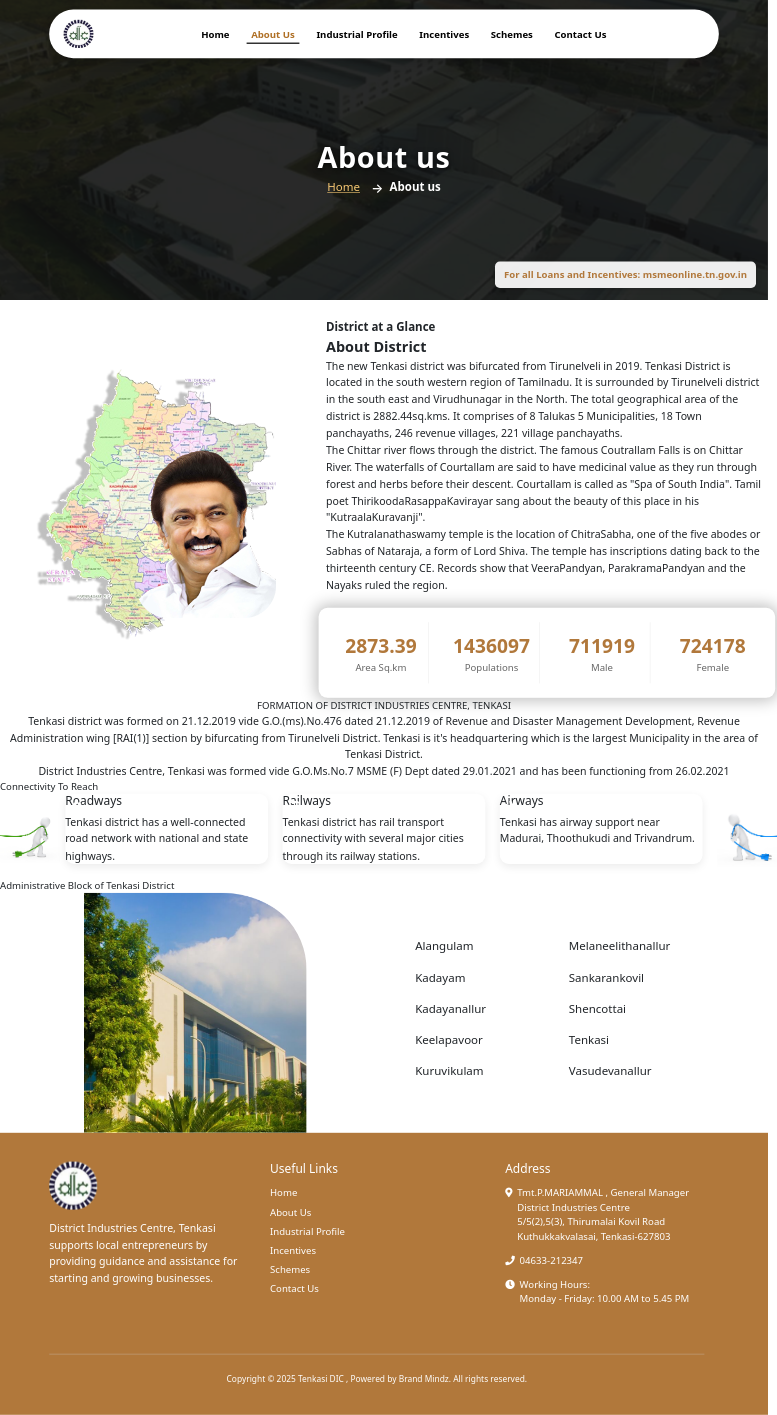
Repository: Brand-Mindz-Global-Technology-Pvt-Ltd/TenkasiDIC--FrontEnd
Page: About US/aboutus.html
These files come from the project's save history. The page is drawn as it stood at one moment and after the next save; the edit follows.
The browser window is 1280 px wide. The page is 1295 px wide, then 1280 px, so the pictures cover 1295 px, including what lies to the right of the window. The pictures show the whole page, at 60% of full size.

Above is the page before, as saved 2025-07-09 11:49:00.

After the next save:
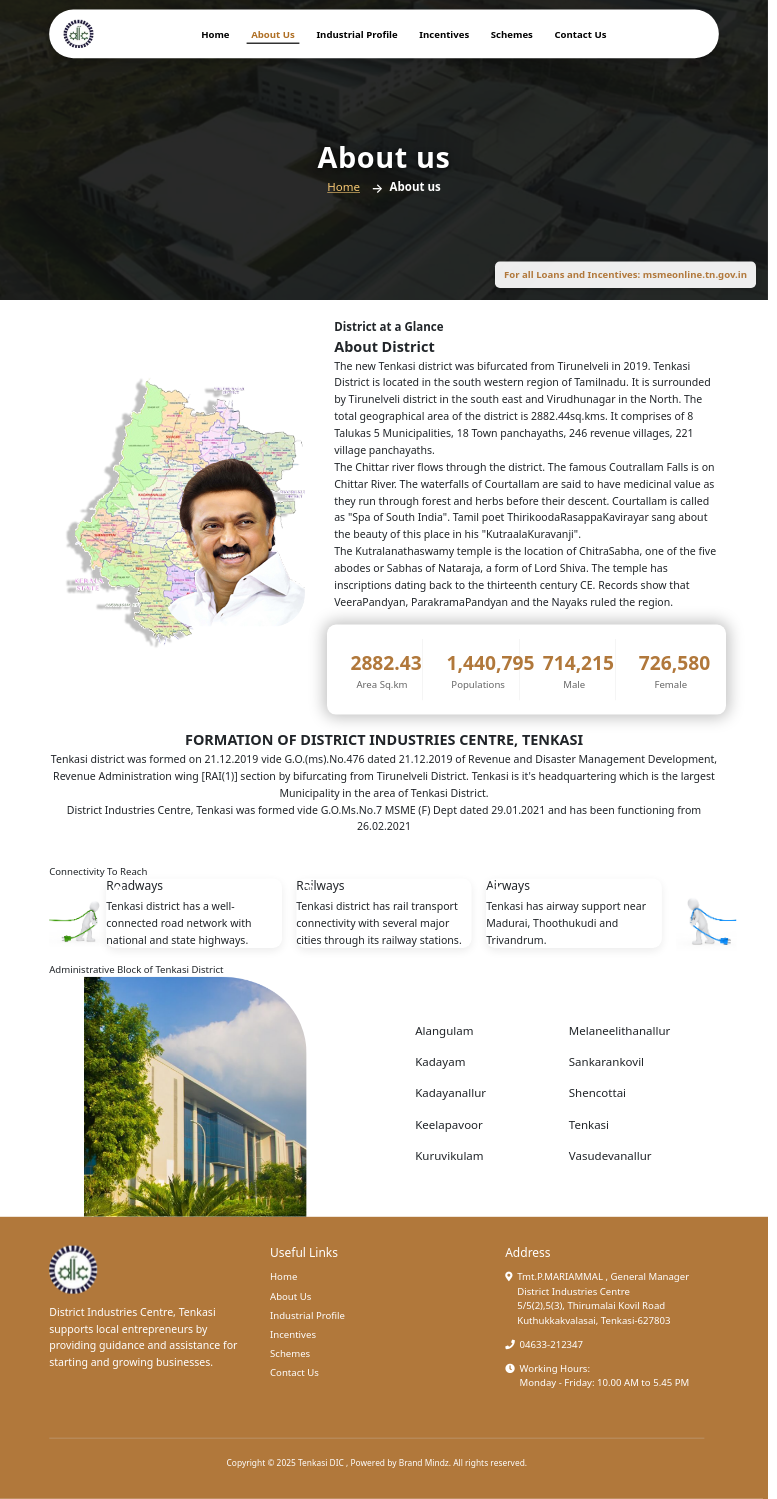
Saved 22 s later.
--- a/About US/aboutus.html
+++ b/About US/aboutus.html
@@ -10,7 +10,6 @@
   <link href="https://fonts.googleapis.com/css2?family=Crimson+Text:wght@400;600;700&display=swap" rel="stylesheet">
   <link rel="stylesheet" href="https://cdnjs.cloudflare.com/ajax/libs/font-awesome/5.15.4/css/all.min.css">
   <link rel="stylesheet" href="./aboutus.css">
-  <link rel="stylesheet" href="../global-styles.css">
   <link rel="icon" type="image/x-icon" href="../img/dic.ico">
 
 </head>
@@ -61,9 +60,9 @@
       </div>
     </div>
   </div>
-  <div class="container-standard section">
+<div class="container mt-4">
   <!-- District Overview -->
-  <div class="row align-items-center mb-standard-xl">
+  <div class="row align-items-center">
     <div class="col-md-5 text-center mb-4">
       <img src="../img/tenkasimap.png" alt="Tenkasi Map" class="map-img">
     </div>
@@ -115,9 +114,9 @@
     </div>
   </div>
 
-  <div class="text-center section">
-
-    <div class="section-title">FORMATION OF DISTRICT INDUSTRIES CENTRE, TENKASI</div>
+  <div class="text-center mb-5">
+
+    <div class="about-title mt-4">FORMATION OF DISTRICT INDUSTRIES CENTRE, TENKASI</div>
     <p>
       Tenkasi district was formed on 21.12.2019 vide G.O.(ms).No.476 dated 21.12.2019 of Revenue and Disaster Management Development, Revenue Administration wing [RAI(1)] section by bifurcating from Tirunelveli District. Tenkasi is it's headquartering which is the largest Municipality in the area of Tenkasi District.
 
@@ -129,9 +128,8 @@
   </div>
 
   <!-- Connectivity -->
-  <div class="section">
-    <div class="section-title">Connectivity To Reach</div>
-    <div class="row justify-content-between align-items-center">
+  <div class="connectivity-title">Connectivity To Reach</div>
+  <div class="row justify-content-between align-items-center">
     <div class="col-md-1 text-center d-none d-md-block">
       <img src="../img/left.jpg" alt="Plug Left" class="plug-img">
     </div>
@@ -166,9 +164,8 @@
   </div>
 
   <!-- Administrative Blocks - Updated to match Image 1 layout -->
-  <div class="section">
-    <div class="section-title">Administrative Block of Tenkasi District</div>
-    <div class="admin-blocks">
+  <div class="admin-title">Administrative Block of Tenkasi District</div>
+  <div class="admin-blocks">
     <div class="row align-items-center">
       <div class="col-lg-6 mb-4 mb-lg-0">
         <img src="../img/Admin.png" class="admin-image" alt="Admin Building">
